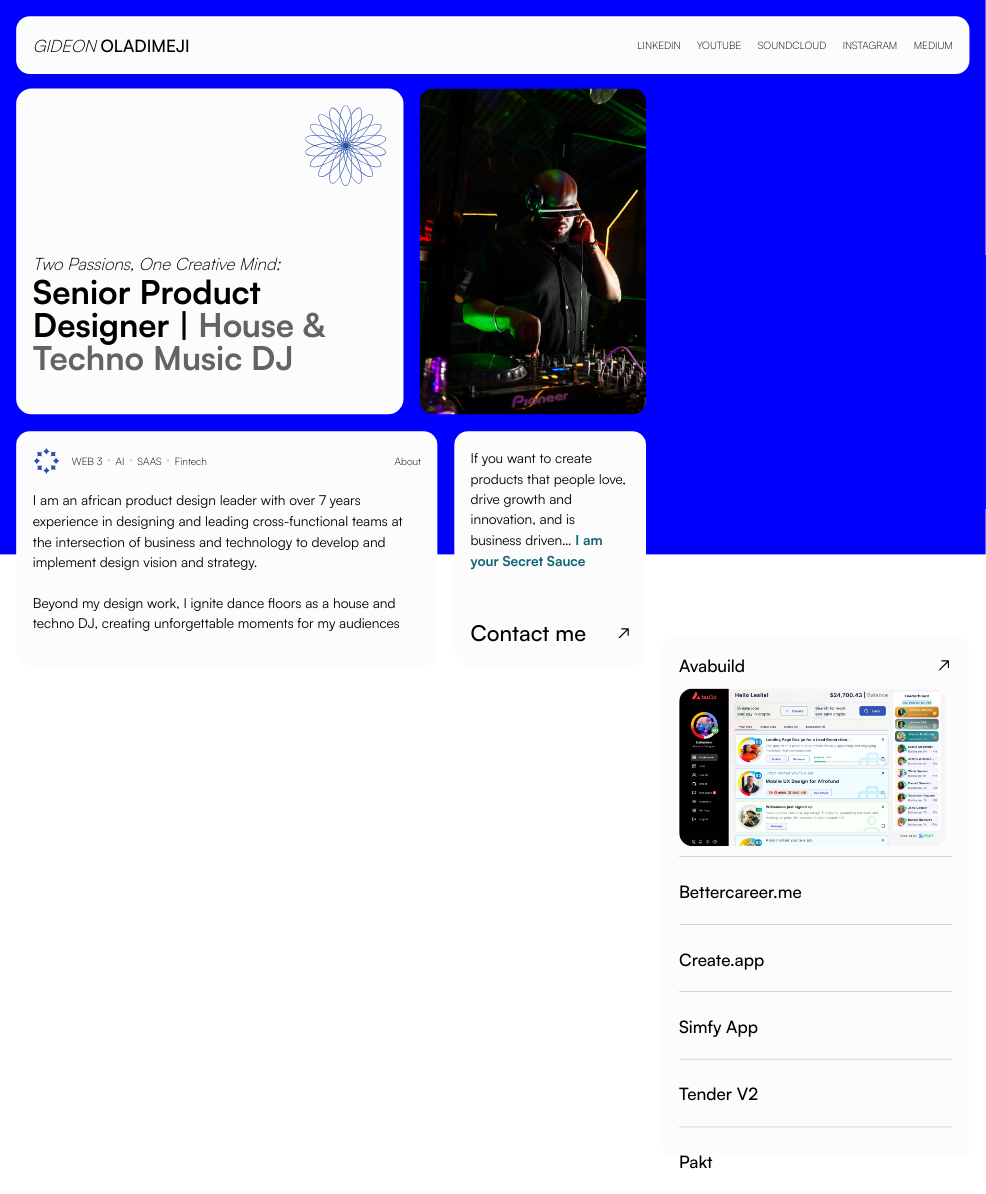
Repository: WilAy1/scalarbnae
Page: /
The author's editor kept a copy of each file at every save. The page is drawn from the files as they stood at one save, then again after the next save.
The browser window is 1280 px wide. The pictures show the whole page, at 77% of full size.
The project was rebuilt for these pictures with package versions that can differ from the ones it lists, and the page was loaded fresh each time.

Above is the page before, as saved 2024-11-11 20:01:50.

### src/index.css
@tailwind base;
@tailwind components;
@tailwind utilities;

body {
  margin: 0;
  font-family: -apple-system, BlinkMacSystemFont, 'Segoe UI', 'Roboto', 'Oxygen',
    'Ubuntu', 'Cantarell', 'Fira Sans', 'Droid Sans', 'Helvetica Neue',
    sans-serif;
  -webkit-font-smoothing: antialiased;
  -moz-osx-font-smoothing: grayscale;
}

code {
  font-family: source-code-pro, Menlo, Monaco, Consolas, 'Courier New',
    monospace;
}



@layer utilities {
  @font-face {
    font-family: satoshi;
    src: url(/src/assets/fonts/Satoshi-Variable.ttf) format("truetype");
  }
}

### src/App.css
.App {
  background-color: blue;
  height: 100vh;
}

### src/header.jsx
const HEADER_LINKS = [
    {
        title: "Linkedin",
        link: ""
    },
    {
        title: "Youtube",
        link: ""
    },
    {
        title: "Soundcloud",
        link: ""
    },
    {
        title: "Instagram",
        link: ""
    },
    {
        title: "MEDIUM",
        link: ""
    }
]

const Header = ()=>{
    return (
        <div className='bg-[#FCFCFC] w-full md:rounded-[20px] md:px-[24px] md:py-[23.5px] lg:rounded-[1.389vw] lg:px-[1.667vw] lg:py-[1.632vw] font-satoshi'>
        <div className='w-full h-full flex items-center justify-between'>
          <div className='uppercase md:[22px] lg:text-[1.736vw]'><span className="italic font-[300]">Gideon</span><span className='font-medium'> oladimeji</span></div>
          <div className='flex items-center md:gap-[16px] lg:gap-[1.667vw] uppercase md:text-[15px] lg:text-[1.042vw] font-[300]'>
            {
                HEADER_LINKS.map((header, key)=>{
                    return (
                        <a href={header.link} key={key} target="_blank" rel="noreferrer">{header.title}</a>
                    );
                })
            }
          </div>
        </div>
      </div>
    );
}


export default Header;

### tailwind.config.js
/** @type {import('tailwindcss').Config} */
module.exports = {
  content: ["./src/**/*.{html,js,jsx}"],
  theme: {
    extend: {
      fontFamily: {
        satoshi: 'satoshi',
      },
    },
  },
  plugins: [],
}

Loaded but not shown: public/index.html (common file); src/index.js (common file); src/reportWebVitals.js (common file); src/App.js (201 lines, source omitted)

After the next save:
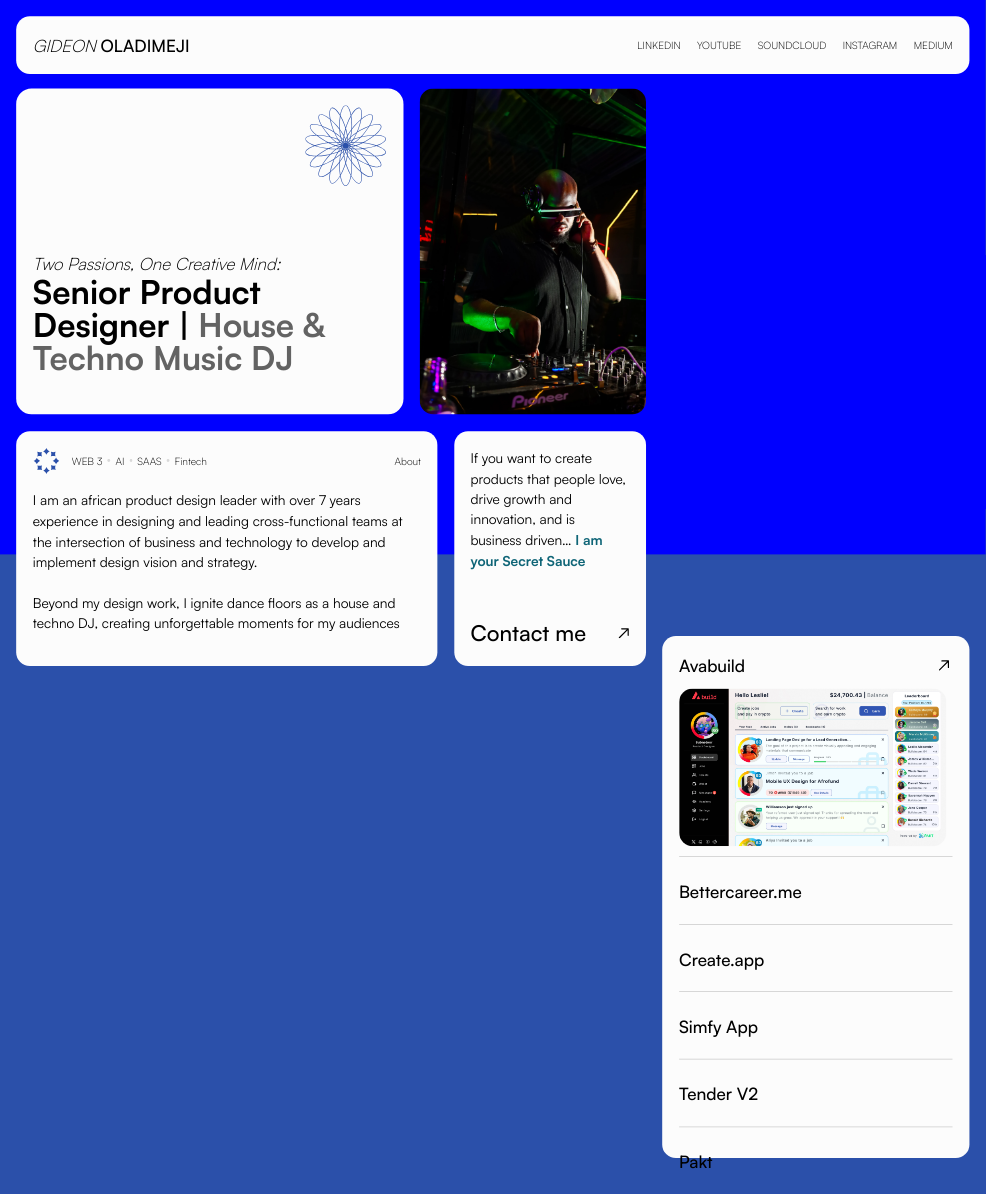
Saved 5 min 34 s later.
--- a/src/index.css
+++ b/src/index.css
@@ -9,6 +9,9 @@ body {
     sans-serif;
   -webkit-font-smoothing: antialiased;
   -moz-osx-font-smoothing: grayscale;
+  height: 100%;
+  width: 100%;
+  background: #2B50AA;
 }
 
 code {
